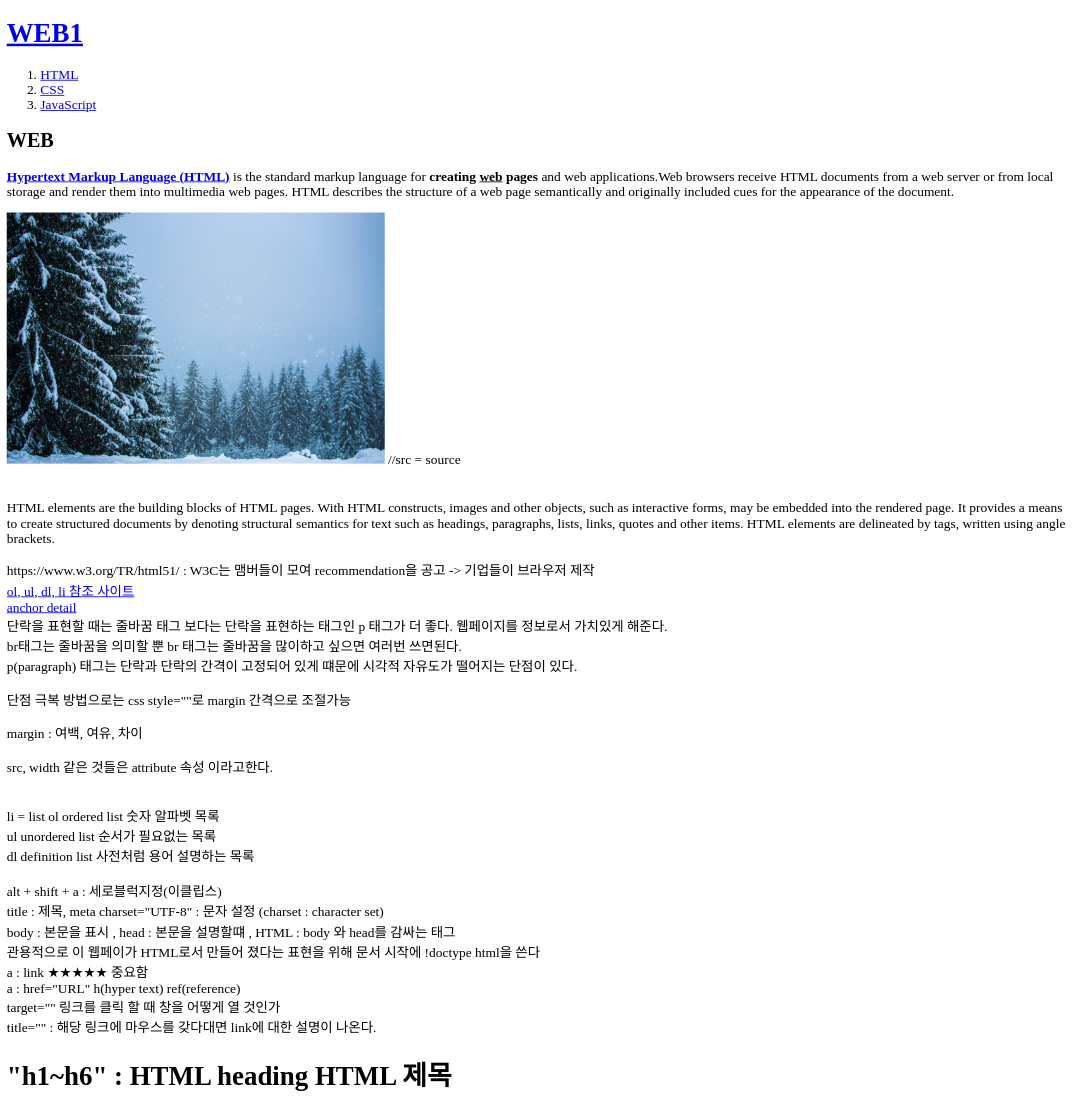
Repository: winterer4/Web-1
Page: HTML5/index.html
An editor plug-in stored every save of this project. The page is shown before and after the next save, followed by the edit.
The browser window is 1280 px wide. The pictures show the whole page, at 84% of full size.

Above is the page before, as saved 2018-10-29 07:42:08.

After the next save:
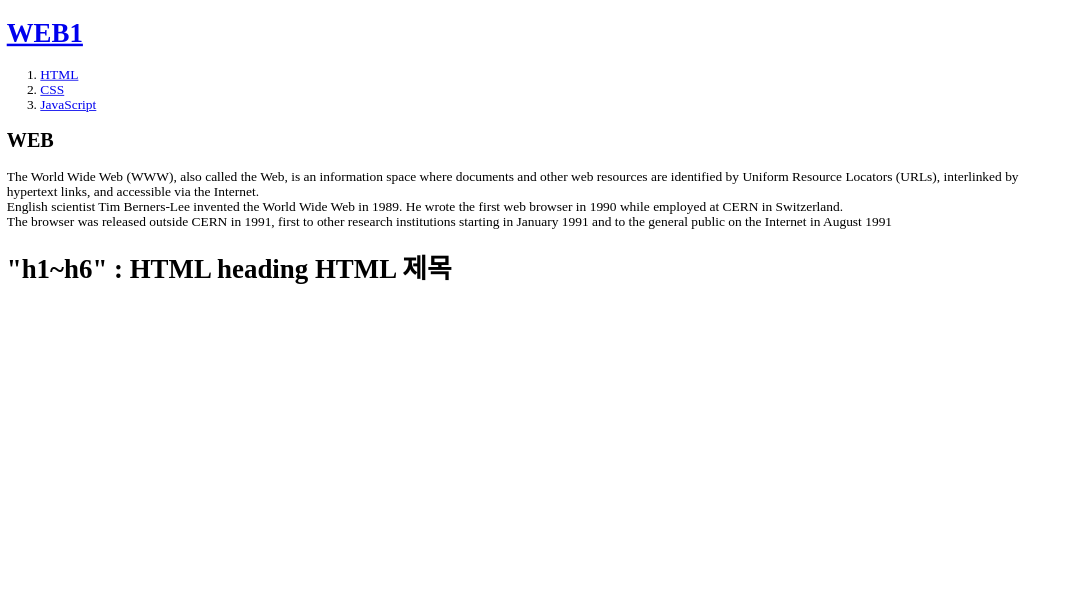
Saved 2 min 15 s later.
--- a/HTML5/index.html
+++ b/HTML5/index.html
@@ -13,51 +13,14 @@
 </ol>
 
 	<h2>WEB</h2>
-	<p>
-		<strong><a : href="https://www.w3.org/TR/html51/" target="_blank" title="html5 specificaiton">Hypertext Markup Language (HTML)</a></strong> is the standard markup language for <strong>creating
-			<u>web</u> pages
-		</strong> and web applications.Web browsers receive HTML documents from a web
-		server or from local storage and render them into multimedia web
-		pages. HTML describes the structure of a web page semantically and
-		originally included cues for the appearance of the document.
-	</p>
-	<img src ="one.jpg" width="450">
-	//src = source
-	<p style="margin-top: 40px;">HTML elements are the building blocks
-		of HTML pages. With HTML constructs, images and other objects, such as
-		interactive forms, may be embedded into the rendered page. It provides
-		a means to create structured documents by denoting structural
-		semantics for text such as headings, paragraphs, lists, links, quotes
-		and other items. HTML elements are delineated by tags, written using
-		angle brackets.</p>
+<body>
+<p>
+The World Wide Web (WWW), also called the Web, is an information space where documents and other web resources are identified by Uniform Resource Locators (URLs), interlinked by hypertext links, and accessible via the Internet.
+<br>English scientist Tim Berners-Lee invented the World Wide Web in 1989. He wrote the first web browser in 1990 while employed at CERN in Switzerland.
+ <br> The browser was released outside CERN in 1991, first to other research institutions starting in January 1991 and to the general public on the Internet in August 1991
+</p>
+</body>
 
-
-
-https://www.w3.org/TR/html51/ : W3C는 맴버들이 모여 recommendation을 공고 -> 기업들이 브라우저 제작
-
-
- <br>  <a : href="http://aboooks.tistory.com/87", target="_blank", title="설명">ol, ul, dl, li 참조 사이트</a>
- <br>  <a : href="http://aboooks.tistory.com/87", target="_blank", title="링크에 대한 설명">anchor detail</a>
- <br>
-	단락을 표현할 때는 줄바꿈 태그 보다는 단락을 표현하는 태그인 p 태그가 더 좋다. 웹페이지를 정보로서 가치있게 해준다.
-	<br> br태그는 줄바꿈을 의미할 뿐 br 태그는 줄바꿈을 많이하고 싶으면 여러번 쓰면된다.
-	<br> p(paragraph) 태그는 단락과 단락의 간격이 고정되어 있게 떄문에 시각적 자유도가 떨어지는 단점이 있다.
-	<p> 단점 극복 방법으로는 css style=""로 margin 간격으로 조절가능</p>
-	 margin : 여백, 여유, 차이
-	 <p> src, width 같은 것들은 attribute 속성 이라고한다.</p>
-	 <br>li = list
-	 ol ordered list 숫자 알파벳 목록<br>
-	 ul unordered list 순서가 필요없는 목록<br>
-	 dl definition list 사전처럼 용어 설명하는 목록<br>
-	  <br>alt + shift + a : 세로블럭지정(이클립스)
-	  <br> title : 제목, meta charset="UTF-8" : 문자 설정 (charset : character set)
-	  <br> body  : 본문을 표시 , head : 본문을 설명할떄 , HTML : body 와 head를 감싸는 태그
-	  <br> 관용적으로 이 웹페이가 HTML로서 만들어 졌다는 표현을 위해 문서 시작에 !doctype html을 쓴다
-	  <br> a : link ★★★★★   중요함
-	  <br> a : href="URL" h(hyper text) ref(reference) <br> target="" 링크를 클릭 할 때 창을 어떻게 열 것인가 <br>
-	  title="" : 해당 링크에 마우스를 갖다대면 link에 대한 설명이 나온다.
-
-</body>
 
 <h1>"h1~h6" : HTML heading HTML 제목</h1>
 
